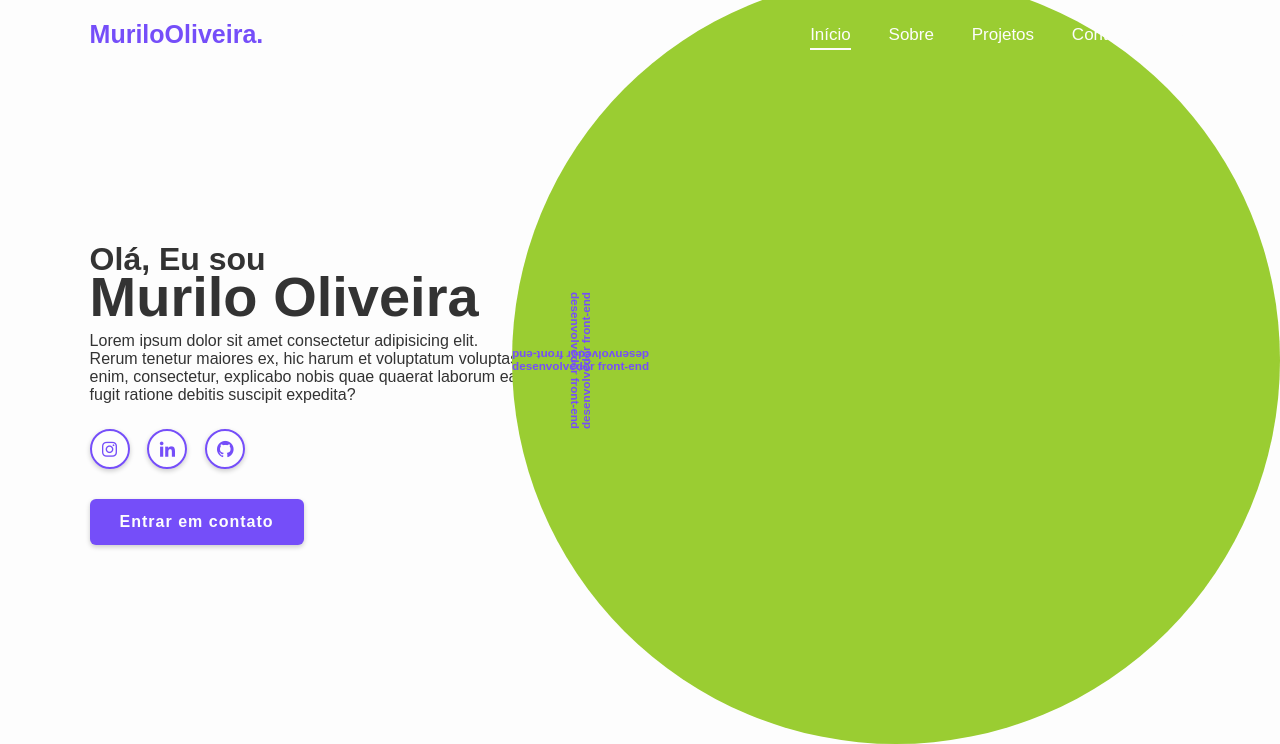
Repository: devMuriloOliveira/Portfolio-
Page: index.html
The author's editor kept a copy of each file at every save. The page is drawn from the files as they stood at one save, then again after the next save.
The browser window is 1280 px wide. The pictures show the whole page.

Above is the page before, as saved 2023-03-11 15:07:17.

After the next save:
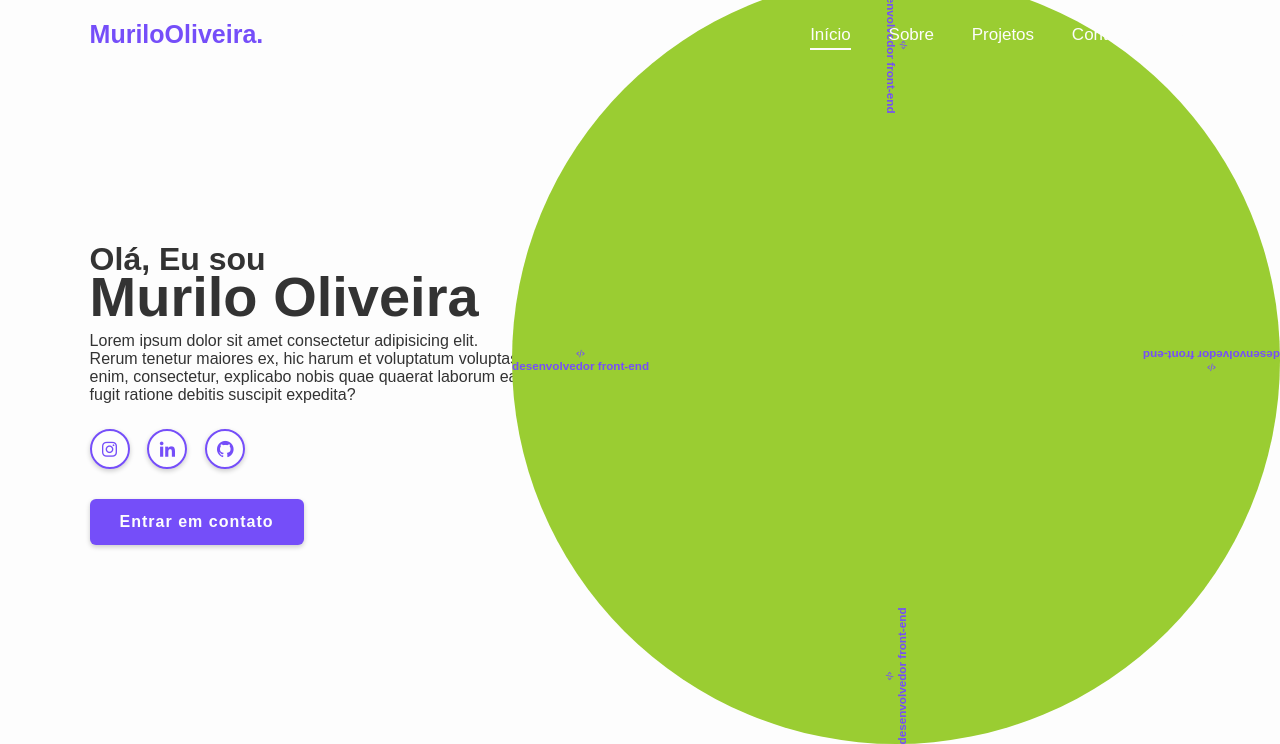
Saved 20 s later.
--- a/style.css
+++ b/style.css
@@ -175,4 +175,5 @@ section{
   flex-direction: column;
   color: var(--main-color);
   transform: rotate(calc(360deg / 4 * var(--i)));
+  transform-origin: 384px;
 }
